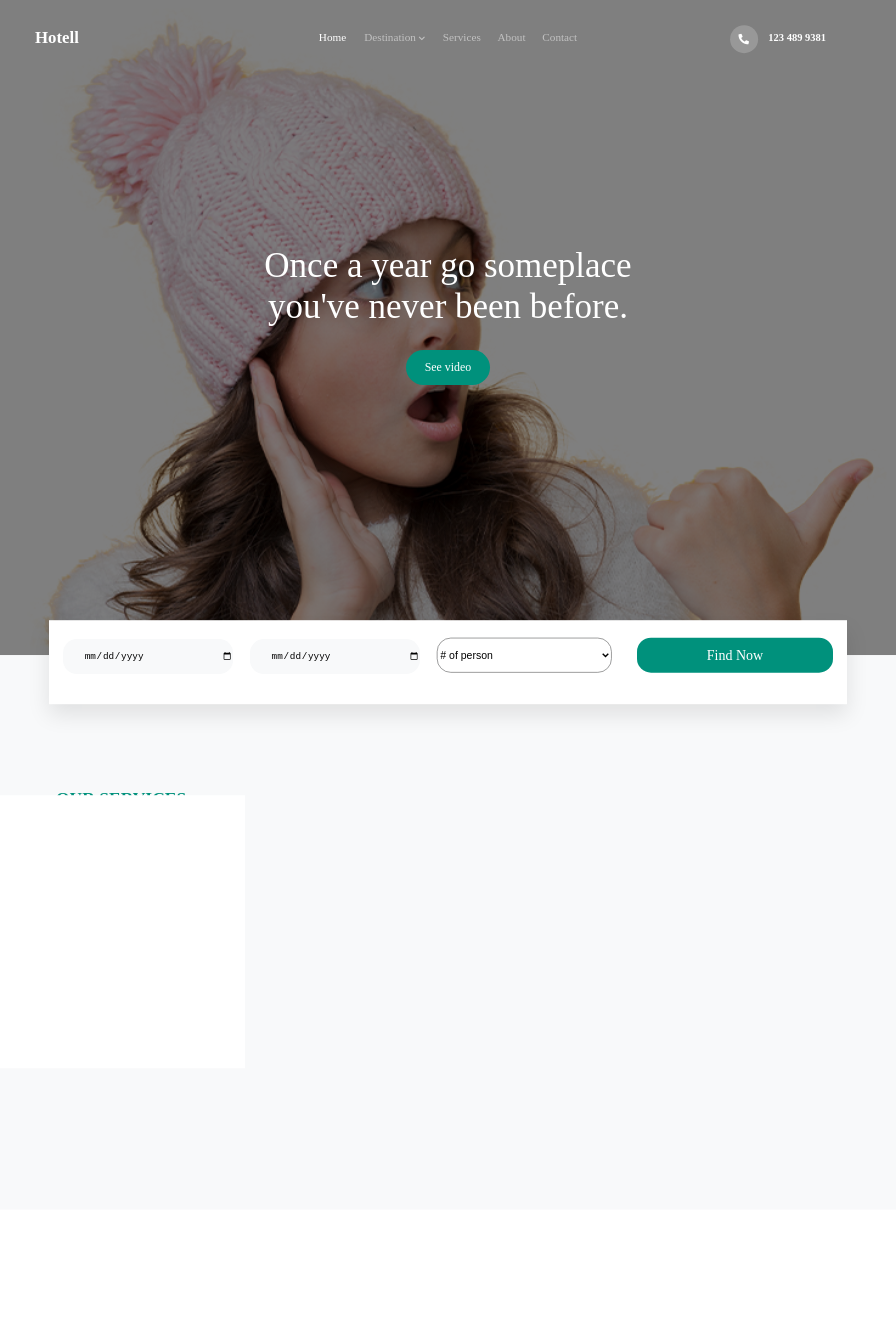
Repository: nhutduy0803/template1
Page: index.html
The author's editor kept a copy of each file at every save. The page is drawn from the files as they stood at one save, then again after the next save.
The browser window is 1280 px wide. The pictures show the part of the page from y = 0 to 1920 px (the page is 5000 px tall), at 70% of full size.

Above is the page before, as saved 2021-11-28 13:05:29.

### index.html
<!DOCTYPE html>
<html lang="en">
  <head>
    <meta charset="UTF-8" />
    <meta http-equiv="X-UA-Compatible" content="IE=edge" />
    <meta name="viewport" content="width=device-width, initial-scale=1.0" />
    <title>TEMPLATE</title>
    <link rel="stylesheet" href="./assets/css/style.css" />
    <link
      rel="stylesheet"
      href="./assets/css/font/fontawesome-free-5.15.4-web/css/all.min.css"
    />
  </head>
  <body>
    <div id="main">
      <div class="slider">
        <div class="header">
          <h2>Hotell</h2>
          <div class="nav">
            <ul>
              <li>Home</li>
              <li>
                Destination
                <i class="fas fa-chevron-down"></i>
                <div class="subnav-one">
                  <ul class="sub-nav">
                    <span>Menu one</span>
                    <span>Menu two</span>
                    <span
                      >Dropdown <i class="fas fa-angle-right"></i>
                      <ul class="sub-nav-two">
                        <span>Menu one</span>
                        <span>Menu two</span>
                        <span>Menu three</span>
                      </ul>
                    </span>
                  </ul>
                </div>
              </li>
              <li>Services</li>
              <li>About</li>
              <li>Contact</li>
            </ul>
            <h3><i class="fas fa-phone-alt"></i> 123 489 9381</h3>
            <p>Once a year go someplace <br />you've never been before.</p>
            <a class="seevideo" href="#">See video</a>
          </div>
          <div class="modal-slider">
            <input type="date" name="" id="" />
            <input type="date" />
            <div class="select-person">
              <select id="number-of-person" class="form-control">
                <option value="#of person"># of person</option>
                <option value="0">0</option>
                <option value="1">1</option>
                <option value="2">2</option>
                <option value="3">3</option>
                <option value="4">4</option>
                <option value="5">5</option>
              </select>
            </div>
            <div class="find-now">Find Now</div>
          </div>
        </div>
        <!-- <img src="./assets/css/img/slider.webp" alt="" /> -->
      </div>
      <div class="card">
        <h2>OUR SERVICES</h2>
        <div class="card-children"></div>
      </div>
    </div>
  </body>
</html>

### assets/css/style.css
* {
  margin: 0;
  padding: 0;
  box-sizing: border-box;
}

#main {
  width: 100%;
  height: 5000px;
  background: #fff;
}
.header img {
  width: 100%;
  height: 100%;
}

.header {
  position: relative;
  width: 100%;
  height: 130vh;
  background: linear-gradient(rgba(0, 0, 0, 0.5), rgba(0, 0, 0, 0.5)),
    url("./img/slider.webp") top center / cover no-repeat;
}

.header h3 {
  position: absolute;
  top: 45px;
  right: 100px;
  color: #fff;
  font-size: 15px;
}

.header h2 {
  color: #fff;
  top: 40px;
  position: absolute;
  left: 50px;
}

.nav ul li {
  transition: 0.2s;
  margin: 0 10px;
  display: inline-block;
  color: rgba(221, 221, 221, 0.705);
}

.nav li:hover {
  transition: 0.2s;
  color: #fff;
}

.nav ul li:nth-child(1) {
  color: #fff;
}

.nav {
  padding-top: 45px;
  text-align: center;
}

ul .fa-chevron-down {
  font-size: 10px;
}

.nav ul li:nth-child(2) {
  position: relative;
  transition: 0.3s;
  margin: 0 -35px;
}

.nav ul li:nth-child(2):hover .sub-nav {
  opacity: 1;
  bottom: 10px;
}

.sub-nav {
  border-radius: 10px;
  background: #fff;
  height: 130px;
  width: 180px;
  position: absolute;
  color: #000;
  opacity: 0;
  transition: 0.3s;
  bottom: 0;
}

.subnav-one {
  position: relative;
  height: 150px;
  width: 180px;
}

.sub-nav span {
  padding-right: 70px;
  padding-top: 20px;
  display: block;
}

.sub-nav span:hover {
  color: #00917c;
  transition: 0.2s;
}

.sub-nav span .fa-angle-right {
  position: absolute;
  right: 20px;
}

.sub-nav span:nth-child(3) {
  position: relative;
}

.sub-nav span:nth-child(3):hover .sub-nav-two {
  opacity: 1;
  margin-top: -25px;
}

.sub-nav-two {
  margin-top: 0px;
  margin-left: 180px;
  background: #fff;
  height: 130px;
  width: 180px;
  position: absolute;
  border-radius: 10px;
  color: #000;
  opacity: 0;
  transition: 0.3s;
}

.fa-phone-alt {
  position: absolute;
  left: -55px;
  top: -9px;
  background: rgba(255, 255, 255, 0.2);
  border-radius: 50%;
  height: 40px;
  width: 40px;
  padding-top: 13px;
  color: #fff;
  transition: 0.2s;
  font-size: 15px;
}

.fa-phone-alt:hover {
  border: 2px solid #fff;
  transition: 0.2s;
}

.header p {
  transform: translate(-50%);
  left: 50%;
  color: #fff;
  position: absolute;
  top: 350px;
  font-size: 50px;
}

.seevideo {
  position: absolute;
  top: 500px;
  left: 50%;
  transform: translate(-50%);
  width: 120px;
  height: 50px;
  background: #00917c;
  color: #fff;
  border-radius: 25px;
  display: flex;
  justify-content: center;
  align-items: center;
  text-decoration: none;
  font-size: 17px;
}

.modal-slider {
  z-index: 2;
  width: 1140px;
  height: 120px;
  background: #fff;
  position: absolute;
  bottom: -70px;
  left: 50%;
  transform: translate(-50%);
  box-shadow: 0 15px 30px 0 rgb(0 0 0 / 10%);
}

.modal-slider input {
  margin-top: 27px;
  margin-left: 50px;
  border-radius: 20px;
  background: #f8f9fa;
  padding-left: 30px;
  border: none;
  height: 50px;
  width: 243px;
}

.modal-slider ::-webkit-input-placeholder {
  color: rgba(0, 0, 0, 0.726);
  font-size: 15px;
}

.modal-slider .fa-calendar-alt {
  margin-left: -30px;
}

.modal-slider input {
  margin-left: 20px;
}

.date {
  position: absolute;
  top: 0px;
  width: 200px;
  height: 300px;
  background: #fff;
  z-index: 1;
}

.select-person {
  background: #f8f9fa;
  border-radius: 20px;
  height: 50px;
  width: 250px;
  display: inline-block;
  color: #000;
  margin-left: 20px;
}

.form-control {
  border-radius: 20px;
  background: #fff;
  height: 50px;
  width: 250px;
  color: #000;
  font-size: 15px;
}

.find-now {
  position: absolute;
  right: 20px;
  background: #00917c;
  border-radius: 20px;
  height: 50px;
  width: 280px;
  display: inline-block;
  display: flex;
  justify-content: center;
  align-items: center;
  color: #fff;
  top: 25px;
  font-size: 20px;
}

.find-now:active {
  border: 3px solid #3cc7b2;
}

.card {
  height: 110vh;
  width: 100%;
  background: #f8f9fa;
  position: relative;
}

.card h2 {
  font-weight: 700;
  position: absolute;
  left: 80px;
  top: 190px;
  font-size: 25px;
  color: #00917c;
}

.card-children {
  position: absolute;
  top: 200px;
  background: #fff;
  height: 390px;
  width: 350px;
}

Loaded but not shown: assets/css/font/fontawesome-free-5.15.4-web/css/all.min.css (library)

After the next save:
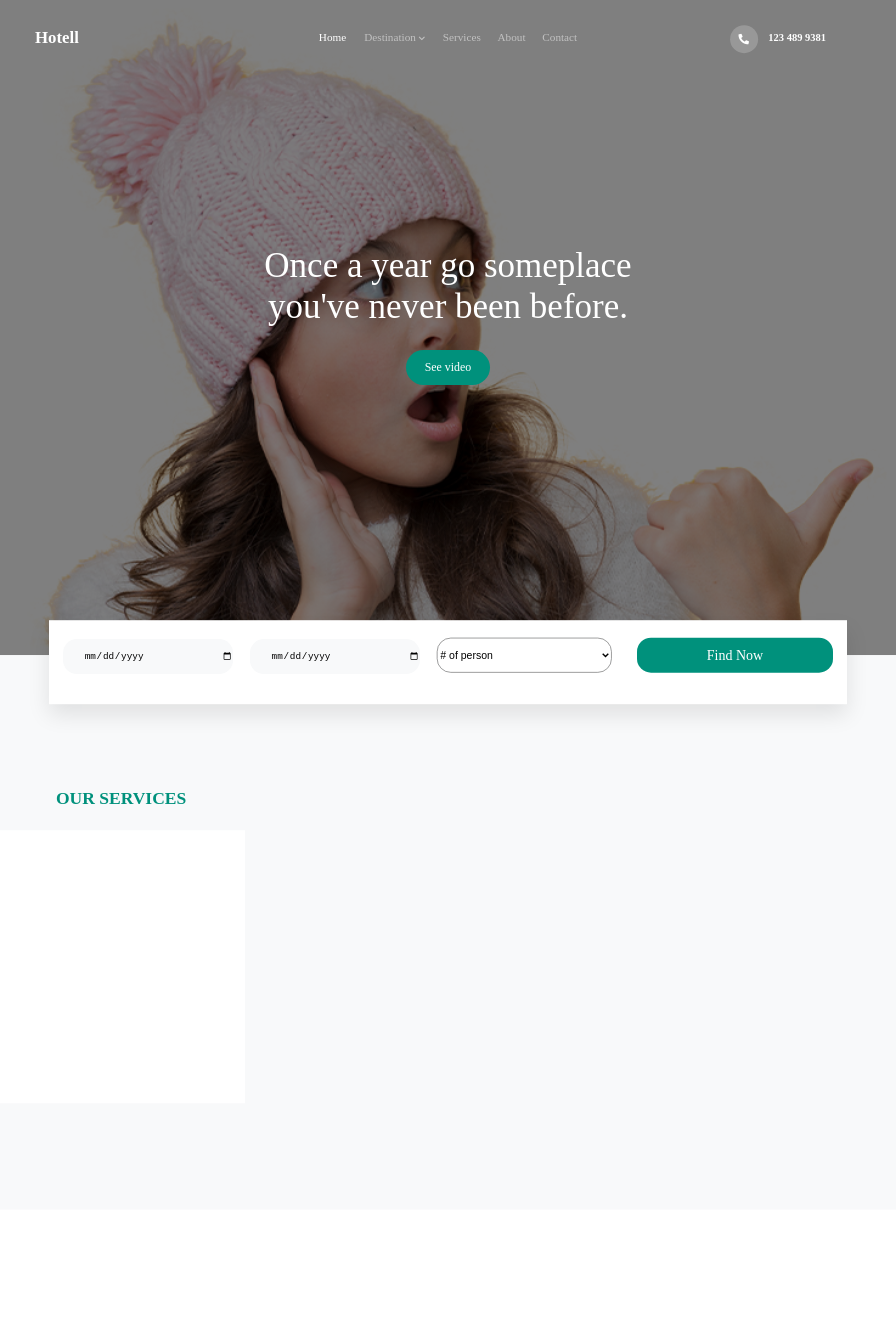
Saved 12 s later.
--- a/assets/css/style.css
+++ b/assets/css/style.css
@@ -276,7 +276,7 @@
 
 .card-children {
   position: absolute;
-  top: 200px;
+  top: 250px;
   background: #fff;
   height: 390px;
   width: 350px;
